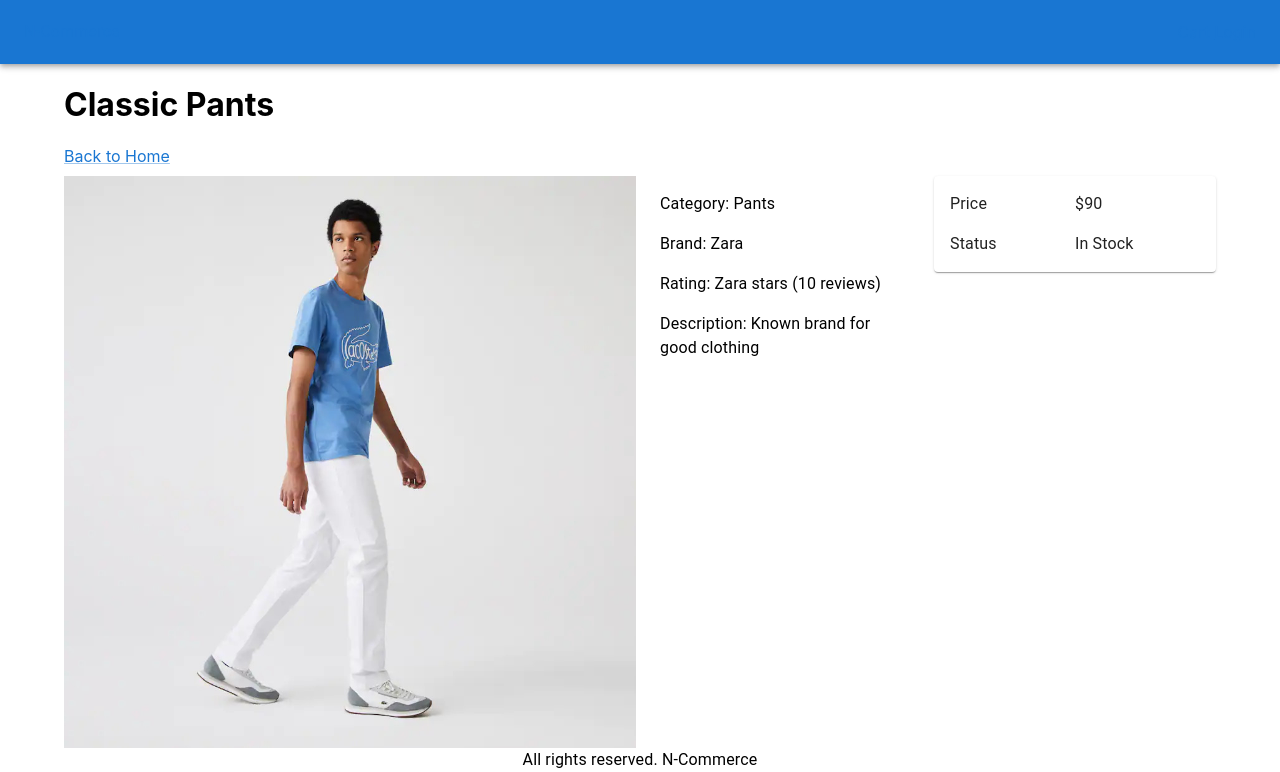
Repository: AK0493/Next-Commerce
Page: /product/classic-pants
These files come from the project's save history. The page is drawn as it stood at one moment and after the next save; the edit follows.
The browser window is 1280 px wide. The pictures show the whole page.
The project was rebuilt for these pictures with package versions that can differ from the ones it lists, and the page was loaded fresh each time. The framework's server and built-in components were replaced by stand-ins that run in the browser. Also part of the build but not shown: next.config.js.

Above is the page before, as saved 2022-02-04 15:53:01.

### pages/_app.js
import { useEffect } from 'react';
import '../styles/globals.css';

function MyApp({ Component, pageProps }) {
  useEffect(() => {
    const jssStyles = document.querySelector('#jss-server-side');
    if (jssStyles) {
      jssStyles.parentElement.removeChild(jssStyles);
    }
  }, []);
  return <Component {...pageProps} />;
}

export default MyApp;

### pages/product/[slug].js
import { useRouter } from 'next/router';
import React from 'react';
import data from '../../utils/data';
import NextLink from 'next/link';
import { Card, Grid, Link, List, ListItem, Typography } from '@mui/material';
import Layout from '../../components/Layout';
import useStyles from '../../utils/styles';
import Image from 'next/image';
export default function ProductPage() {
  const classes = useStyles();
  const router = useRouter();
  const { slug } = router.query;
  const product = data.products.find((el) => el.slug === slug);
  if (!product) {
    return (
      <div>
        <h1>Product not Found!</h1>
      </div>
    );
  }
  return (
    <Layout title={product.name}>
      <div className={classes.section}>
        <h1>{product.name}</h1>
        <NextLink href="/" passHref>
          <Link>Back to Home</Link>
        </NextLink>
      </div>
      <Grid container spacing={1}>
        <Grid item md={6} xs={12}>
          <Image
            src={product.image}
            alt={product.name}
            width={640}
            height={640}
            layout="responsive"
          ></Image>
        </Grid>
        <Grid item md={3} xs={12}>
          <List>
            <ListItem>
              <Typography>Category: {product.category}</Typography>
            </ListItem>
            <ListItem>
              <Typography>Brand: {product.brand}</Typography>
            </ListItem>
            <ListItem>
              <Typography>
                Rating: {product.brand} stars ({product.numReviews} reviews)
              </Typography>
            </ListItem>
            <ListItem>
              <Typography>Description: {product.description}</Typography>
            </ListItem>
          </List>
        </Grid>
        <Grid item md={3} xs={12}>
          <Card>
            <List>
              <ListItem>
                <Grid container>
                  <Grid item xs={6}>
                    <Typography>Price</Typography>
                  </Grid>
                  <Grid item xs={6}>
                    <Typography>${product.price}</Typography>
                  </Grid>
                </Grid>
              </ListItem>
              <ListItem>
                <Grid container>
                  <Grid item xs={6}>
                    <Typography>Status</Typography>
                  </Grid>
                  <Grid item xs={6}>
                    <Typography>
                      {product.CountInStock > 0 ? 'In Stock' : 'UNavailible'}
                    </Typography>
                  </Grid>
                </Grid>
              </ListItem>
            </List>
          </Card>
        </Grid>
      </Grid>
    </Layout>
  );
}

### utils/data.js
const data = {
  products: [
    {
      name: 'Free Shirt',
      slug: 'free-shirt',
      category: 'Shirts',
      image: '/images/shirt1.jpg',
      price: 90,
      brand: 'Nike',
      rating: 4.5,
      numReviews: 10,
      CountInStock: 20,
      description: 'A popular shirt',
    },
    {
      name: 'Fit Shirt',
      slug: 'fit-shirt',
      category: 'Shirt',
      image: '/images/Shirt2.jpg',
      price: 90,
      brand: 'Addidas',
      rating: 4.5,
      numReviews: 10,
      CountInStock: 20,
      description: 'A popular shirt',
    },
    {
      name: 'Slim Shirt',
      slug: 'slim-shirt',
      category: 'Shirts',
      image: '/images/shirt3.jpg',
      price: 70,
      brand: 'Raymond',
      rating: 4.5,
      numReviews: 10,
      CountInStock: 20,
      description: 'A popular shirt',
    },
    {
      name: 'Golf Pants',
      slug: 'golf-pants',
      category: 'Pants',
      image: '/images/pants1.jpg',
      price: 70,
      brand: 'Oliver',
      rating: 4.5,
      numReviews: 10,
      CountInStock: 20,
      description: 'smart looking pants',
    },
    {
      name: 'Fit Pants',
      slug: 'fit-pants',
      category: 'Pants',
      image: '/images/pants2.jpg',
      price: 90,
      brand: 'Zara',
      rating: 4.5,
      numReviews: 10,
      CountInStock: 20,
      description: 'Known brand for good clothing',
    },
    {
      name: 'Classic Pants',
      slug: 'classic-pants',
      category: 'Pants',
      image: '/images/pants3.jpg',
      price: 90,
      brand: 'Zara',
      rating: 4.5,
      numReviews: 10,
      CountInStock: 20,
      description: 'Known brand for good clothing',
    },
  ],
};

export default data;

### components/Layout.js
import { AppBar, Container, Link, Toolbar, Typography } from '@mui/material';
import Head from 'next/head';
import React from 'react';
import useStyles from '../utils/styles';
import NextLink from 'next/link';

export default function Layout({ children }) {
  const classes = useStyles();
  return (
    <div>
      <Head>
        <title>Next-Commerce</title>
      </Head>
      <AppBar position="static" className={classes.navbar}>
        <Toolbar>
          <NextLink href="/">
            <Link>
              <Typography>N-Commerce</Typography>
            </Link>
          </NextLink>
          <div className={classes.grow}></div>
          <div>
            <NextLink href="/cart">
              <Link>Cart </Link>
            </NextLink>
            <NextLink href="/login">
              <Link>Login</Link>
            </NextLink>
          </div>
        </Toolbar>
      </AppBar>
      <Container className={classes.main}>{children}</Container>
      <footer className={classes.footer}>
        <Typography>All rights reserved. N-Commerce</Typography>
      </footer>
    </div>
  );
}

### utils/styles.js
import { makeStyles } from '@mui/styles';

const useStyles = makeStyles({
  navbar: {
    backgroundColor: '#203040',
  },
  '& a': {
    color: '#fff',
    marginLeft: '10',
  },
  grow: {
    flexGrow: 1,
  },
  main: {
    minHeight: '80vh',
  },
  section: {
    marginTop: '10px',
    marginBottom: '10px',
  },
  footer: {
    textAlign: 'center',
  },
});
export default useStyles;

Loaded but not shown: styles/globals.css (common file)

After the next save:
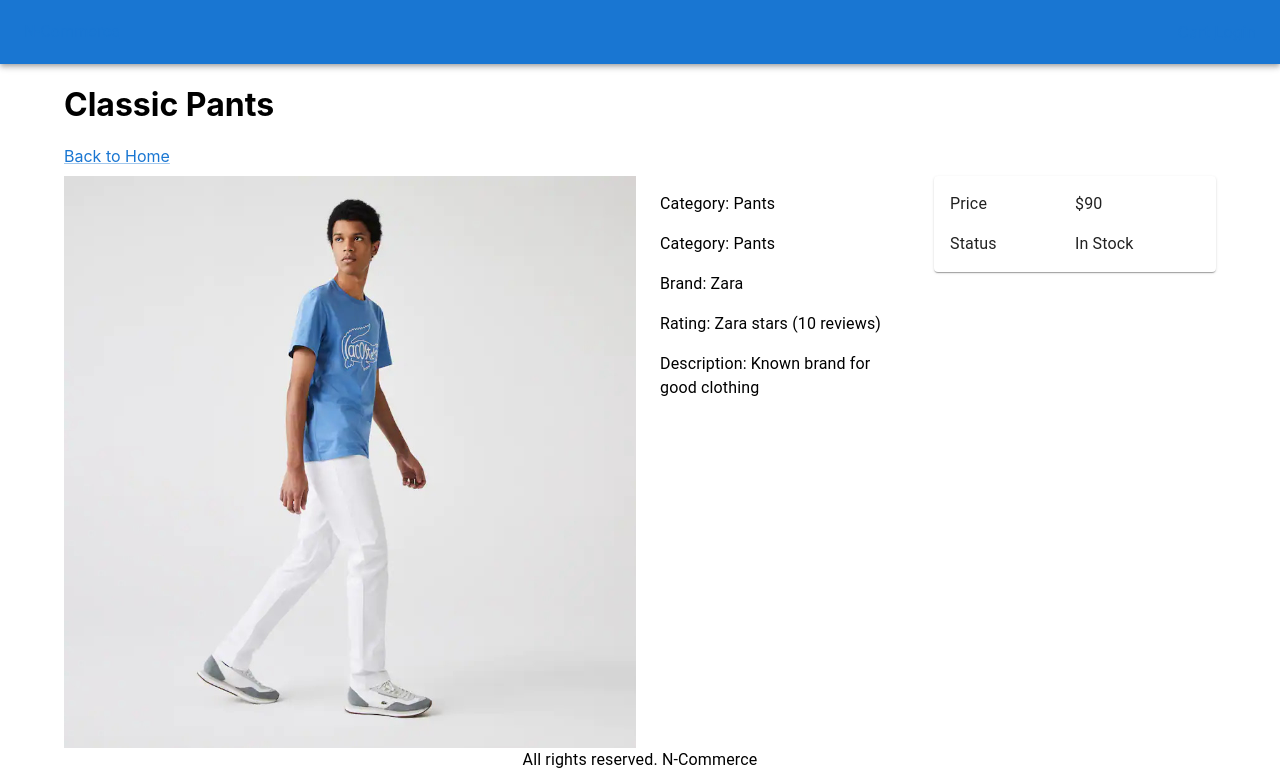
Saved 117 s later.
--- a/pages/product/[slug].js
+++ b/pages/product/[slug].js
@@ -38,6 +38,9 @@
         </Grid>
         <Grid item md={3} xs={12}>
           <List>
+            <ListItem>
+              <Typography>Category: {product.category}</Typography>
+            </ListItem>
             <ListItem>
               <Typography>Category: {product.category}</Typography>
             </ListItem>
